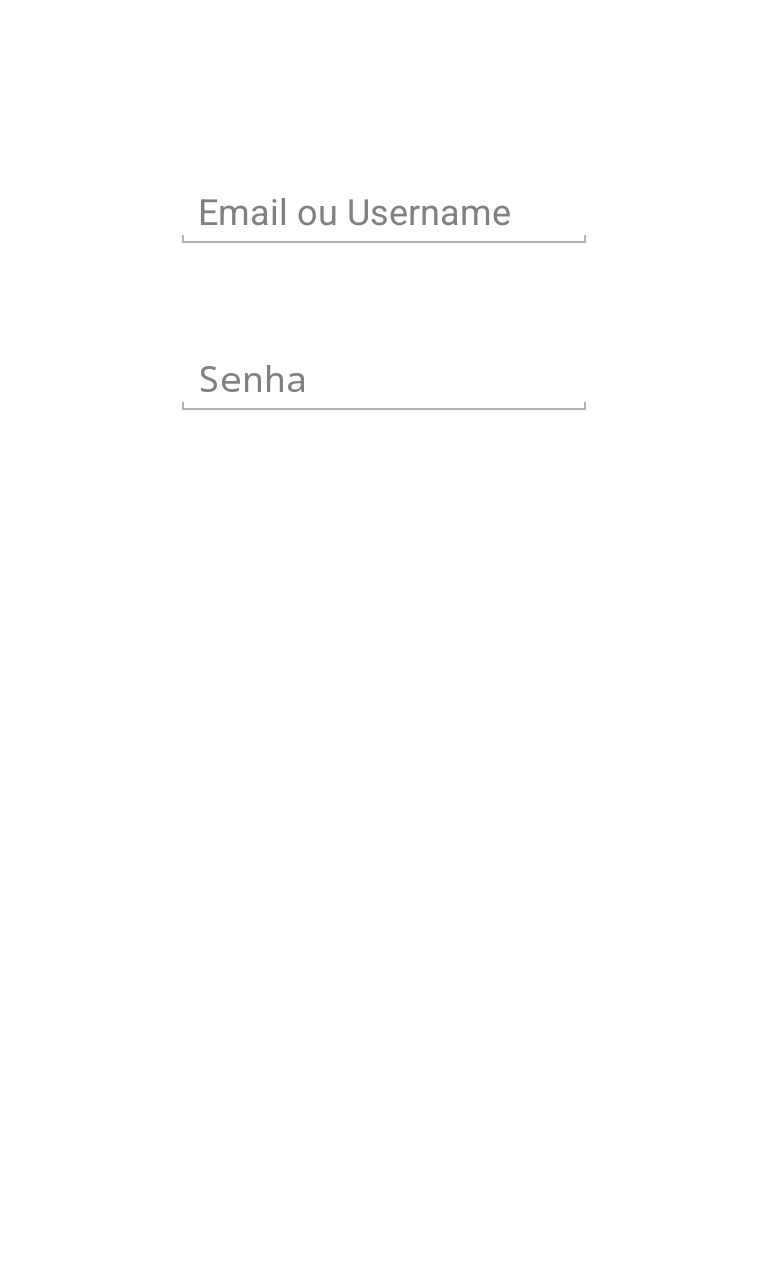
Repository: sergiofffilho/TrocandoIdeias
Layout: workspace/TrocandoIdeias/res/layout/activity_tela_login.xml
An editor plug-in stored every save of this project. The layout is shown before and after the next save, followed by the edit.
It is drawn on a 768 x 1280 px phone screen (xhdpi) without system bars, with theme AppTheme; the app's code is not run. The app's manifest (not shown) leaves right-to-left support off. So textAlignment, textDirection and layoutDirection are ignored, and left and right values win over start and end ones.

Above is the layout before, as saved 2015-04-25 14:47:49.

### workspace/TrocandoIdeias/res/layout/activity_tela_login.xml
<RelativeLayout xmlns:android="http://schemas.android.com/apk/res/android"
    xmlns:tools="http://schemas.android.com/tools"
    android:layout_width="match_parent"
    android:layout_height="match_parent"
    android:paddingBottom="@dimen/activity_vertical_margin"
    android:paddingLeft="@dimen/activity_horizontal_margin"
    android:paddingRight="@dimen/activity_horizontal_margin"
    android:paddingTop="@dimen/activity_vertical_margin"
    tools:context="ufc.quixada.trocandoideias.TelaLogin" >

    <EditText
        android:id="@+id/editText1"
        android:layout_width="wrap_content"
        android:layout_height="wrap_content"
        android:layout_alignParentTop="true"
        android:layout_centerHorizontal="true"
        android:layout_marginTop="70dp"
        android:ems="10"
        android:hint="@string/username" />

    <EditText
        android:id="@+id/editText2"
        android:layout_width="wrap_content"
        android:layout_height="wrap_content"
        android:layout_alignStart="@+id/editText1"
        android:layout_below="@+id/editText1"
        android:layout_marginTop="44dp"
        android:ems="10"
        android:hint="@string/senha"
        android:inputType="textPassword" />

</RelativeLayout>

### workspace/TrocandoIdeias/res/values/strings.xml
<?xml version="1.0" encoding="utf-8"?>
<resources>

    <string name="app_name">TrocandoIdeias</string>
    <string name="hello_world">Hello world!</string>
    <string name="action_settings">Settings</string>
    <string name="username">Email ou Username</string>
    <string name="senha">Senha</string>
    <string name="logar">Login</string>
    <string name="cadastrar">Cadastrar</string>
    <string name="facebook">Logar com Facebook</string>

</resources>

Loaded but not shown: workspace/TrocandoIdeias/res/values/styles.xml (common file); workspace/TrocandoIdeias/res/values-v11/styles.xml (common file); workspace/TrocandoIdeias/res/values-v14/styles.xml (common file); workspace/TrocandoIdeias/res/values/dimens.xml (common file); workspace/TrocandoIdeias/res/values-w820dp/dimens.xml (common file)

After the next save:
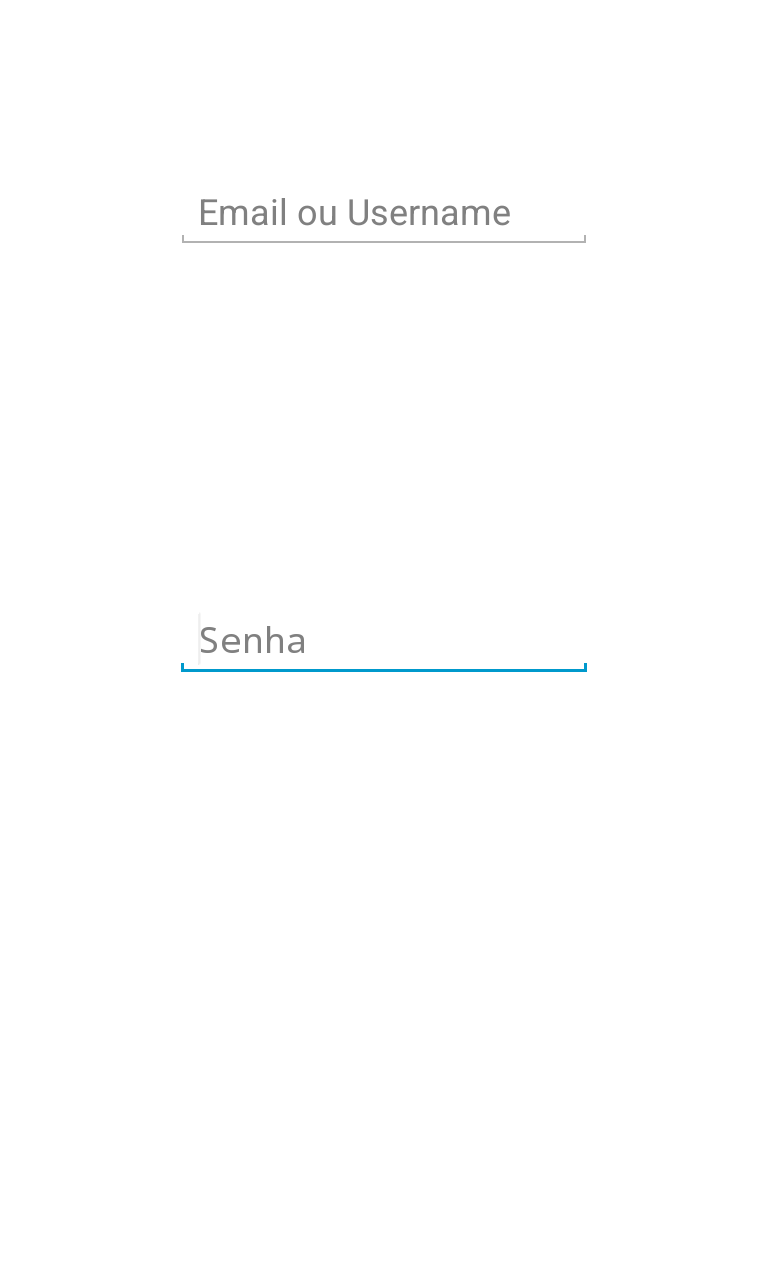
Saved 37 s later.
--- a/workspace/TrocandoIdeias/res/layout/activity_tela_login.xml
+++ b/workspace/TrocandoIdeias/res/layout/activity_tela_login.xml
@@ -22,11 +22,13 @@
         android:id="@+id/editText2"
         android:layout_width="wrap_content"
         android:layout_height="wrap_content"
-        android:layout_alignStart="@+id/editText1"
-        android:layout_below="@+id/editText1"
-        android:layout_marginTop="44dp"
+        android:layout_centerHorizontal="true"
+        android:layout_centerVertical="true"
         android:ems="10"
         android:hint="@string/senha"
-        android:inputType="textPassword" />
+        android:inputType="textPassword" >
+
+        <requestFocus />
+    </EditText>
 
 </RelativeLayout>
